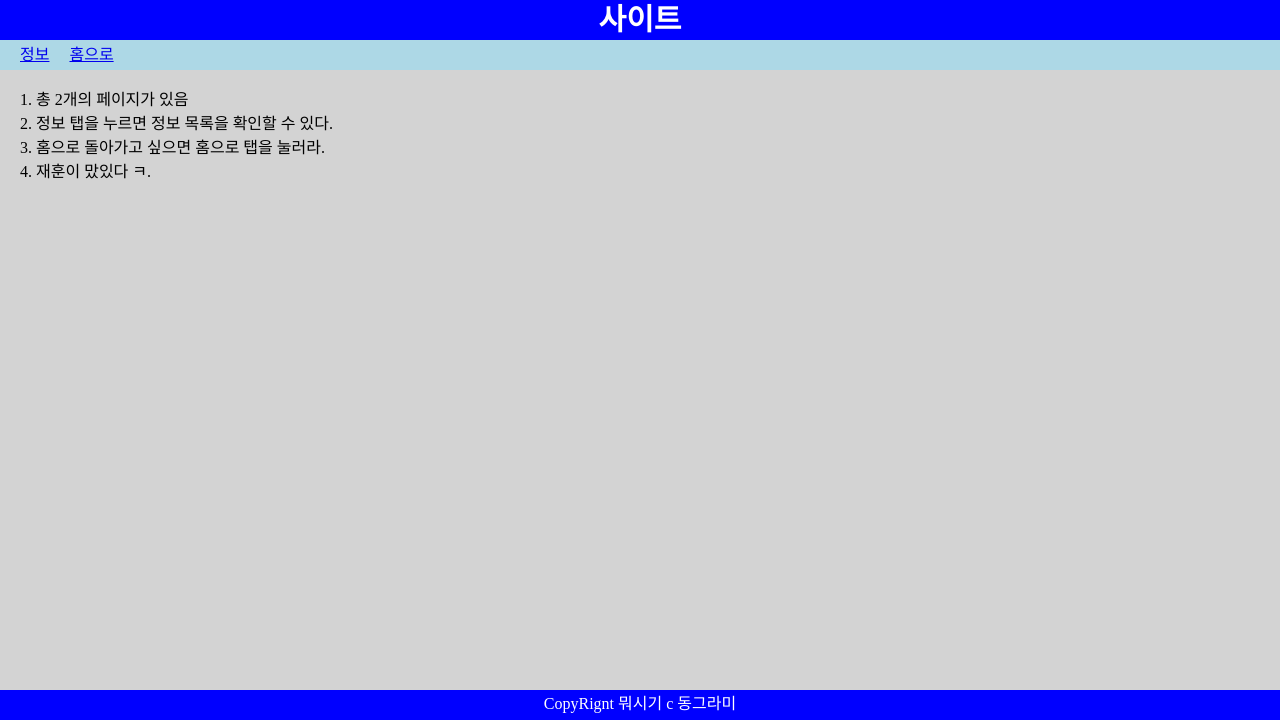
Repository: ImGaram/til
Page: http://localhost/practice/soqn/index.jsp
An editor plug-in stored every save of this project. The page is shown before and after the next save, followed by the edit.
The browser window is 1280 px wide. The pictures show the whole page.
The page is served by Tomcat 9.

Above is the page before, as saved 2022-06-28 11:41:05.

After the next save:
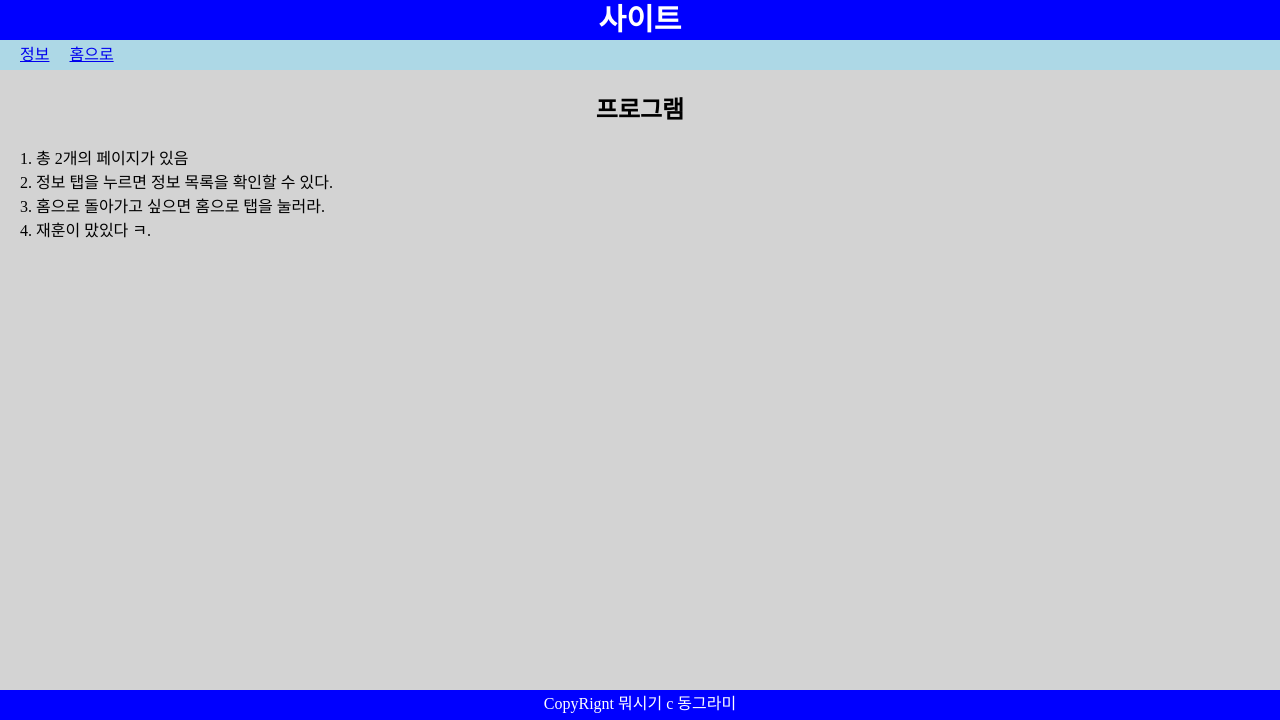
Saved 60 s later.
--- a/2학년 jsp(화면구현)/practice/src/main/webapp/soqn/index.jsp
+++ b/2학년 jsp(화면구현)/practice/src/main/webapp/soqn/index.jsp
@@ -9,6 +9,8 @@
 <body>
 <jsp:include page="header.jsp"></jsp:include>
 <section style="position:fixed; top:70px; left:0; width:100%; height:100%; background:lightgray;">
+<h2 style="text-align:center">프로그램</h2>
+
 <p style="padding-left:20px">
 1. 총 2개의 페이지가 있음<br>
 2. 정보 탭을 누르면 정보 목록을 확인할 수 있다.<br>
